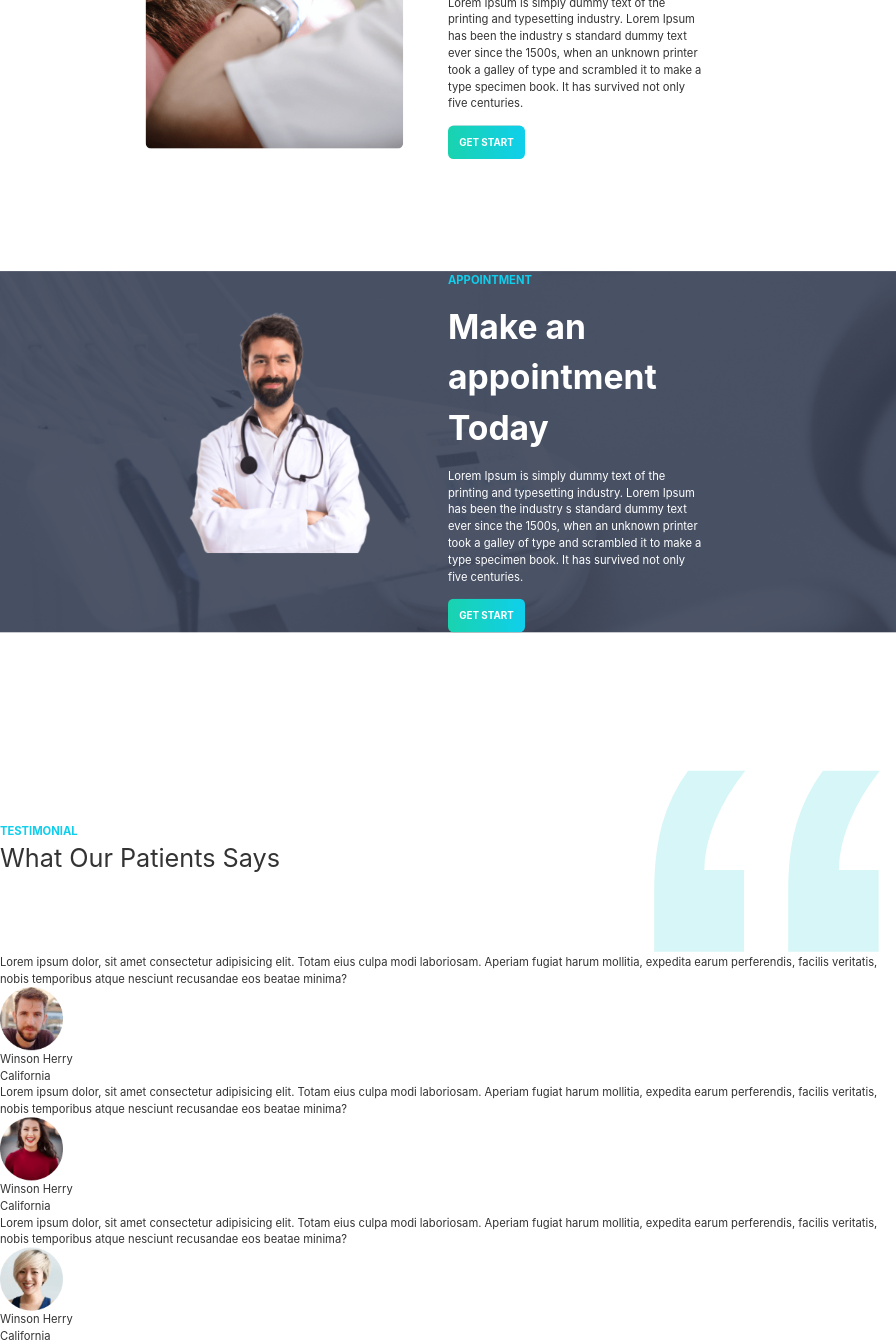
Repository: shikubro90/doctorsportal
Page: /
The author's editor kept a copy of each file at every save. The page is drawn from the files as they stood at one save, then again after the next save.
The browser window is 1280 px wide. The pictures show the part of the page from y = 2056 to 3976 px (the page is 3976 px tall before and 3749 px after), at 70% of full size.
The project was rebuilt for these pictures with package versions that can differ from the ones it lists, and the page was loaded fresh each time. Also part of the build but not shown: src/App.css, src/Pages/About/About.jsx.

Above is the page before, as saved 2022-10-02 09:21:51.

### src/App.js
import { Route, Routes } from 'react-router-dom';
import './App.css';
import About from './Pages/About/About';
import Home from './Pages/Home/Home';
import Navbar from './Shared/Navbar';

function App() {
  return (
    <div className="App">
      <Navbar/>
      <Routes>
        <Route path='/' element={<Home/>}/>
        <Route path='/home' element={<Home/>}/>
        <Route path='/about' element={<About/>}/>
      </Routes>
    </div>
  );
}

export default App;

### src/Pages/Home/Home.jsx
import React from 'react'
import AppointmentSection from './AppointmentSection'
import Banner from './Banner'
import BasicInfo from './BasicInfo'
import ServiceSection from './ServiceSection'
import TestimonialSection from './TestimonialSection'

const Home = () => {
  return (
    <div>
      <Banner />
      <BasicInfo/>
      <ServiceSection/>
      <AppointmentSection/>
      <TestimonialSection/>
    </div>
  )
}

export default Home

### src/Shared/Navbar.jsx
import React from 'react'
import { Link } from 'react-router-dom'

const Navbar = () => {
  return (
    <div className="px-20">
      <div className="navbar bg-base-100">
        <div className="navbar-start">
          <div className="dropdown">
            <label tabIndex={0} className="btn btn-ghost lg:hidden">
              <svg
                xmlns="http://www.w3.org/2000/svg"
                className="h-5 w-5"
                fill="none"
                viewBox="0 0 24 24"
                stroke="currentColor"
              >
                <path
                  strokeLinecap="round"
                  strokeLinejoin="round"
                  strokeWidth="2"
                  d="M4 6h16M4 12h8m-8 6h16"
                />
              </svg>
            </label>
            <ul
              tabIndex={0}
              className="menu menu-compact dropdown-content mt-3 p-2 shadow bg-base-100 rounded-box w-52"
            >
              <li>
                <Link to="/home">Home</Link>
              </li>
              <li>
                <Link to="/about">About</Link>
              </li>
              <li>
                <Link to="/appointment">Appointment</Link>
              </li>
              <li>
                <Link to="/review">Reviews</Link>
              </li>
              <li>
                <Link to="/contact">Contact Us</Link>
              </li>
              <li>
                <Link to="/contact">Login</Link>
              </li>
            </ul>
          </div>
          <Link to="/" className='btn btn-ghost normal-case text-xl'>Doctors Portal</Link>
        </div>

        <div className="navbar-center hidden lg:flex">

          <ul className="menu menu-horizontal p-0 pl-20">
            <li>
              <Link to="/home">Home</Link>
            </li>
            <li>
              <Link to="/about">About</Link>
            </li>
            <li>
              <Link to="/appointment">Appointment</Link>
            </li>
            <li>
              <Link to="/review">Reviews</Link>
            </li>
            <li>
              <Link to="/contact">Contact Us</Link>
            </li>
            <li>
              <Link to="/contact">Login</Link>
            </li>
          </ul>

        </div>

      </div>

    </div>
  )
}

export default Navbar

### src/Pages/Home/AppointmentSection.jsx
import React from 'react'
import AppointmentCard from './AppointmentCard'

import { appointment } from '../../assets/resourse/Resourse.js'

const AppointmentSection = () => {
  return (
    <div>
      {appointment.map(
        ({ id, image, title, desc, style, button_text, shortTitle }) => {
          return (
            <AppointmentCard
              key={id}
              image={image}
              title={title}
              desc={desc}
              style={style}
              button_text={button_text}
              shortTitle={shortTitle}
            />
          )
        },
      )}
    </div>
  )
}

export default AppointmentSection

### src/Pages/Home/Banner.jsx
import React from 'react'
import heroImage from '../../assets/images/chair.png'
import ButtonPrimary from '../../Shared/ButtonPrimary'
import bg from '../../assets/images/bg.png'

function Banner() {
  return (
    <div>
      <div
        className="hero min-h-screen"
        style={{ background: `url(${bg})`, backgroundSize: 'cover' }}
      >
        <div className="hero-content flex flex-col lg:flex-row-reverse">
          <img
            src={heroImage}
            className="max-w-lg rounded-lg shadow-2xl"
            alt="bannerImage"
          />
          <div className="px-6">
            <h1 className="text-5xl font-bold uppercase">
              Your New Smile Starts Here
            </h1>
            <p className="py-6 ">
              Provident cupiditate voluptatem et in. Quaerat fugiat ut assumenda
              excepturi exercitationem quasi. In deleniti eaque aut repudiandae
              et a id nisi.
            </p>
            <ButtonPrimary>{'Get Started'}</ButtonPrimary>
          </div>
        </div>
      </div>
    </div>
  )
}

export default Banner

### src/Pages/Home/BasicInfo.jsx
import MiniCard from './MiniCard'
import { miniCard } from '../../assets/resourse/Resourse.js'

const BasicInfo = () => {
  return (
    <div className="flex items-center justify-center gap-5 px-5">
      {miniCard.map(({ id, icon, title, style, disc }) => {
        return (
          <MiniCard
            key={id}
            icon={icon}
            title={title}
            style={style}
            disc={disc}
          />
        )
      })}
    </div>
  )
}

export default BasicInfo

### src/Pages/Home/ServiceSection.jsx
import MiniServiceCard from './MiniServiceCard'
import { serviceMiniCard } from '../../assets/resourse/Resourse'

const ServiceSection = () => {
  return (
    <div className="serviceWrapp pt-40">
      <div className="flex items-center justify-center flex-col">
        <p className="text-primary font-bold uppercase">Our Service</p>
        <h2 className="text-3xl my-5">Service We Provide</h2>
      </div>
      <div className="flex items-center justify-center px-5 gap-5">
        {serviceMiniCard.map(({ id, icon, title, disc, style }) => {
          return (
            <MiniServiceCard
              key={id}
              icon={icon}
              title={title}
              disc={disc}
              style={style}
            />
          )
        })}
      </div>
    </div>
  )
}

export default ServiceSection

### src/Pages/Home/TestimonialSection.jsx
import React from 'react'
import TestimonialCard from './TestimonialCard'
import quote from '../../assets/icons/quote.svg'
import { testimonial } from '../../assets/resourse/Resourse.js'

const TestimonialSection = () => {
  return (
    <div className="testimonial">
      <div className="testimonialWrap">
        <div className="content">
          <div className="header flex items-center justify-between">
            <div className="header_left">
              <div className="shortTitle uppercase text-primary font-bold">
                Testimonial
              </div>
              <div className="text-[36px]">What Our Patients Says</div>
            </div>
            <div className="header_right">
              <img src={quote} alt="quote" />
            </div>
          </div>
          <div className="body">
            {testimonial.map(({ id, title, image, name, country, desc }) => {
              return (
                <TestimonialCard
                  key={id}
                  title={title}
                  image={image}
                  name={name}
                  country={country}
                  desc={desc}
                />
              )
            })}
          </div>
        </div>
      </div>
    </div>
  )
}

export default TestimonialSection

### src/Pages/Home/AppointmentCard.jsx
import ButtonPrimary from '../../Shared/ButtonPrimary'


const AppointmentCard = (props) => {

  const { image, title, desc, style, button_text, shortTitle } = props

  return (
    <section className={`my-[160px]`} style={{background: `url(${style})`}}>
      <div className={`wrapper flex items-center px-52 ${style}`}>
        <div className="image flex-1">
          <img className={`rounded-lg ${style && "mt-[-60px]"}`} src={image} alt="bannerImage" />
        </div>
        <div className="details flex-1 flex justify-center flex-col px-16 gap-5">
          <div className="shortTitle uppercase text-primary font-bold">{shortTitle}</div>
          <div className={`title font-bold text-[48px] ${style && "text-white"}`}>{title}</div>
          <div className={`desc ${style && "text-white"}`}>{desc}</div>
          <ButtonPrimary>{button_text}</ButtonPrimary>
        </div>
      </div>
    </section>
  )
}

export default AppointmentCard

### src/assets/resourse/Resourse.js
import clock from '../icons/clock.svg'
import marker from '../icons/marker.svg'
import phone from '../icons/phone.svg'

import cavity from '../images/cavity.png'
import fluorid from '../images/fluoride.png'
import whitening from '../images/whitening.png'

import doctor from '../images/doctor-small.png'
import treatment from '../images/treatment.png'

import bgImage from '../images/appointment.png'


import people1 from '../images/people1.png'
import people2 from '../images/people2.png'
import people3 from '../images/people3.png'

export const miniCard = [
  {
    id: 0,
    icon: clock,
    title: 'Opening Hours',
    disc: 'Lorem Ipsum is simply dummy text of the pri',
    style: 'bg-gradient-to-r from-secondary to-primary text-white',
  },

  {
    id: 1,
    icon: marker,
    title: 'Visit our location',
    disc: 'Lorem Ipsum is simply dummy text of the pri',
    style: 'bg-[#3A4256] text-white',
  },

  {
    id: 2,
    icon: phone,
    title: 'Contact us now',
    disc: 'Lorem Ipsum is simply dummy text of the pri',
    style: 'bg-gradient-to-r from-secondary to-primary text-white',
  },
]

export const serviceMiniCard = [
  {
    id: 0,
    icon: cavity,
    title: 'Fluoride Treatment',
    disc:
      'Lorem Ipsum is simply dummy printing and typesetting indust Ipsum has been the',
    style: '',
  },
  {
    id: 1,
    icon: fluorid,
    title: 'Cavity Filling',
    disc:
      'Lorem Ipsum is simply dummy printing and typesetting indust Ipsum has been the',
    style: '',
  },
  {
    id: 2,
    icon: whitening,
    title: 'Teeth Whitening',
    disc:
      'Lorem Ipsum is simply dummy printing and typesetting indust Ipsum has been the',
    style: '',
  },
]

export const appointment = [
  {
    id: 0,
    image: treatment,
    title: 'Exceptional Dental Care, on Your Terms',
    desc:
      'Lorem Ipsum is simply dummy text of the printing and typesetting industry. Lorem Ipsum has been the industry s standard dummy text ever since the 1500s, when an unknown printer took a galley of type and scrambled it to make a type specimen book. It has survived not only five centuries.',
    button_text: 'Get Start',
    style: '',
  },
  {
    id: 1,
    image: doctor,
    shortTitle: 'Appointment',
    title: 'Make an appointment Today',
    desc:
      'Lorem Ipsum is simply dummy text of the printing and typesetting industry. Lorem Ipsum has been the industry s standard dummy text ever since the 1500s, when an unknown printer took a galley of type and scrambled it to make a type specimen book. It has survived not only five centuries.',
    button_text: 'Get Start',
    style: bgImage,
  },
]

export const testimonial = [
    {
        id : 0,
        desc : "Lorem ipsum dolor, sit amet consectetur adipisicing elit. Totam eius culpa modi laboriosam. Aperiam fugiat harum mollitia, expedita earum perferendis, facilis veritatis, nobis temporibus atque nesciunt recusandae eos beatae minima?",
        image : people1,
        name : "Winson Herry",
        country : "California"
    },
    {
        id : 1,
        desc : "Lorem ipsum dolor, sit amet consectetur adipisicing elit. Totam eius culpa modi laboriosam. Aperiam fugiat harum mollitia, expedita earum perferendis, facilis veritatis, nobis temporibus atque nesciunt recusandae eos beatae minima?",
        image : people2,
        name : "Winson Herry",
        country : "California"
    },
    {
        id : 2,
        desc : "Lorem ipsum dolor, sit amet consectetur adipisicing elit. Totam eius culpa modi laboriosam. Aperiam fugiat harum mollitia, expedita earum perferendis, facilis veritatis, nobis temporibus atque nesciunt recusandae eos beatae minima?",
        image : people3,
        name : "Winson Herry",
        country : "California"
    },
]

### src/Shared/ButtonPrimary.jsx
function ButtonPrimary({ children }) {

  return (
    <div>
      <button className={`btn bg-gradient-to-r from-secondary to-primary border-none font-bold text-white`}>
        {children}
      </button>
    </div>
  )
}

export default ButtonPrimary

### src/Pages/Home/MiniCard.jsx
const MiniCard = (props) => {
  const { icon, title, style, disc } = props
  return (
    <div
      className={`card card-side bg-base-100 shadow-xl flex items-center justify-center px-4 ${style}`}
    >
      <div className="">
        <img src={icon} alt="icon" />
      </div>
      <div className="card-body">
        <h2 className="card-title">{title}</h2>
        <p>{disc}</p>
      </div>
    </div>
  )
}

export default MiniCard

### src/Pages/Home/MiniServiceCard.jsx
const MiniServiceCard = (props) => {
  const { icon, title, disc } = props
  return (
    <div className="cardWrapper flex flex-col items-center justify-center p-6 py-20  gap-5 shadow-lg rounded-lg">
      <div className="icon">
        <img src={icon} alt="" />
      </div>
      <div className="title">{title}</div>
      <div className="desc text-center px-16">{disc}</div>
    </div>
  )
}

export default MiniServiceCard

### src/Pages/Home/TestimonialCard.jsx
import React from 'react'

const TestimonialCard = (props) => {
    const {desc,image, name, country} = props
  return (
    <div className='mainCard'>
        <div className="CardBody flex flex-col">
            <div className="desc">
                <p>{desc}</p>
            </div>
            <div className="bio">
                <img src={image} alt="" />
                <div className="info">
                    <h4>{name}</h4>
                    <p>{country}</p>
                </div>
            </div>
        </div>
    </div>
  )
}

export default TestimonialCard

### tailwind.config.js
/** @type {import('tailwindcss').Config} */

module.exports = {
  content: ['./src/**/*.{js,jsx,ts,tsx}'],
  theme: {},
  daisyui: {
    themes: [
      {
        doctorstheme: {
          primary: '#0FCFEC',
          secondary: '#19D3AE',
          accent: '#3A4256',
          neutral: '#3d4451',
          'base-100': '#ffffff',
        },
      },
      'light',
      'cupcake',
    ],
  },
  plugins: [require('daisyui')],
}

Loaded but not shown: public/index.html (common file); src/index.js (common file); src/index.css (common file); src/reportWebVitals.js (common file)

After the next save:
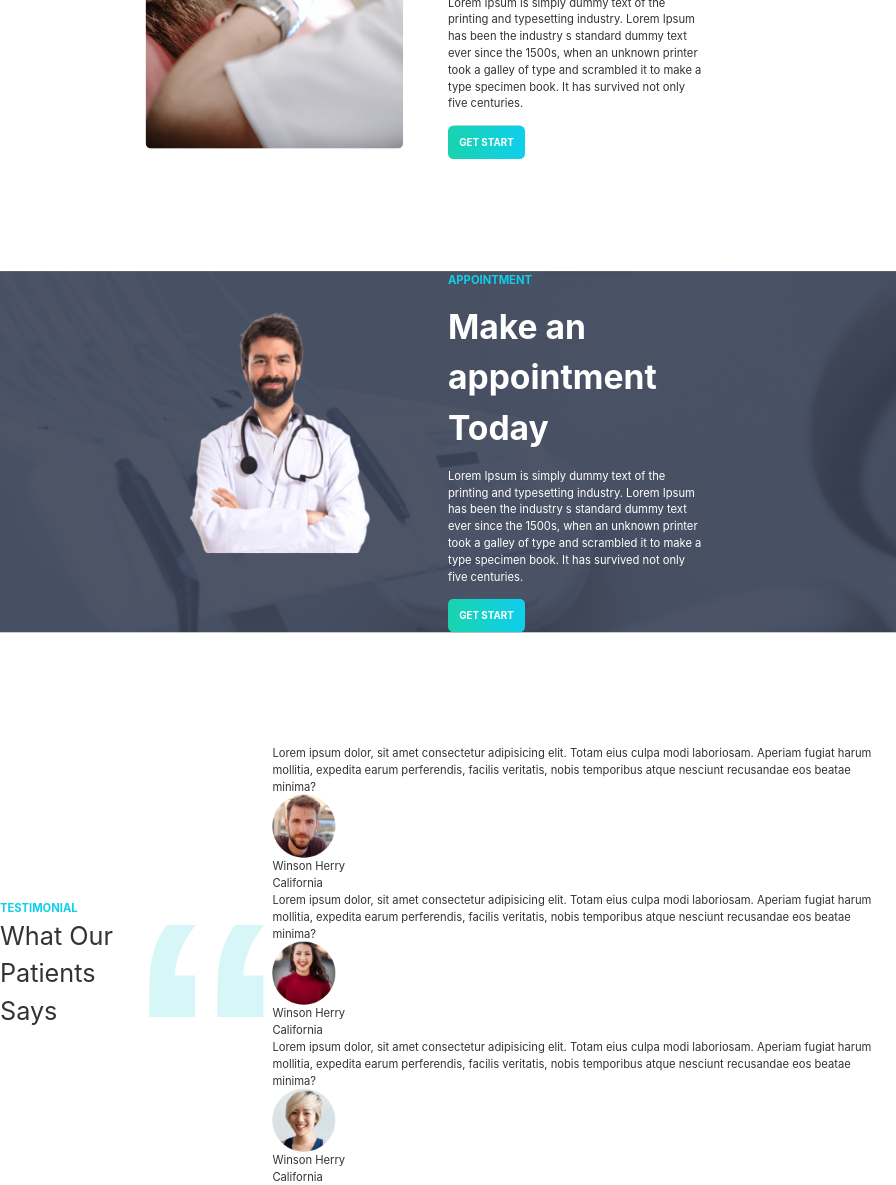
Saved 28 s later.
--- a/src/Pages/Home/TestimonialSection.jsx
+++ b/src/Pages/Home/TestimonialSection.jsx
@@ -7,7 +7,7 @@
   return (
     <div className="testimonial">
       <div className="testimonialWrap">
-        <div className="content">
+        <div className="content flex">
           <div className="header flex items-center justify-between">
             <div className="header_left">
               <div className="shortTitle uppercase text-primary font-bold">

After the save that followed:
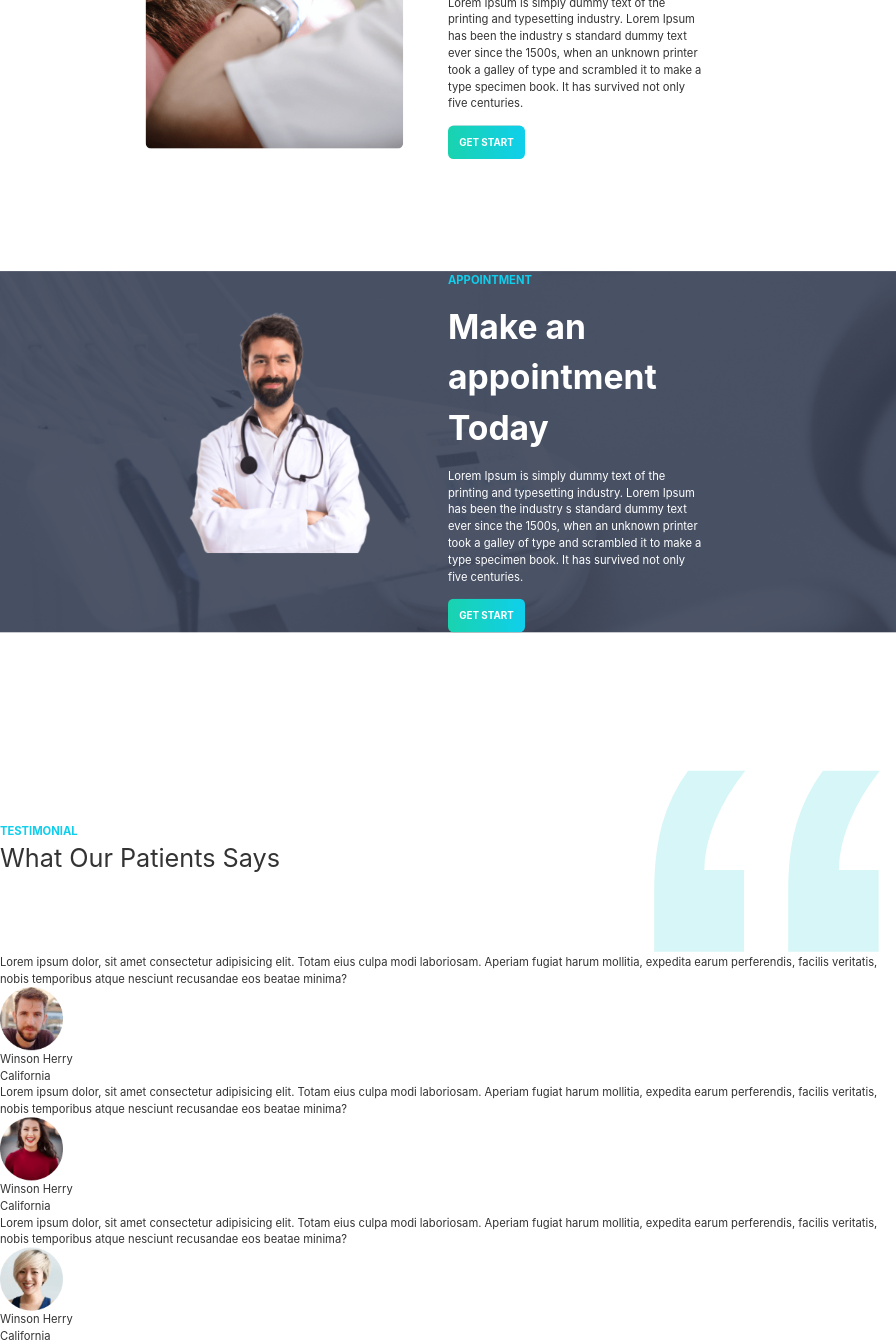
Saved 7 s later.
--- a/src/Pages/Home/TestimonialSection.jsx
+++ b/src/Pages/Home/TestimonialSection.jsx
@@ -7,7 +7,7 @@
   return (
     <div className="testimonial">
       <div className="testimonialWrap">
-        <div className="content flex">
+        <div className="content">
           <div className="header flex items-center justify-between">
             <div className="header_left">
               <div className="shortTitle uppercase text-primary font-bold">
